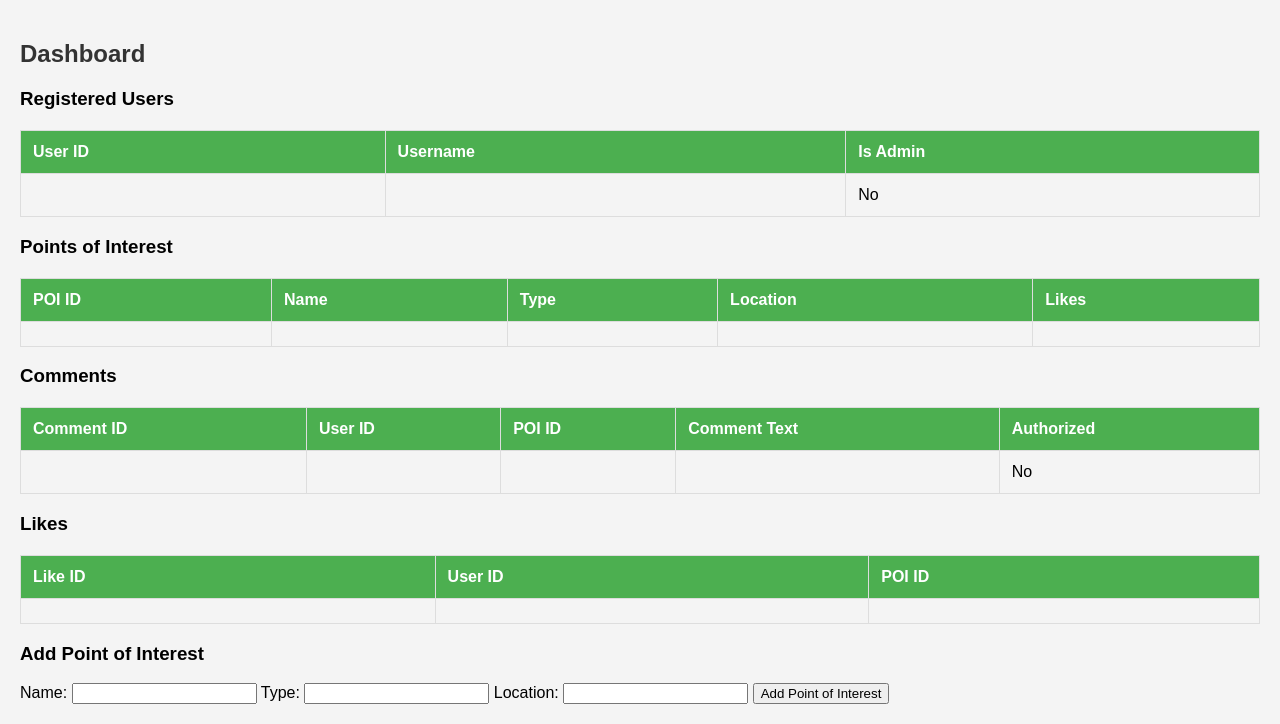
Repository: zrlgithub/poi
Page: http://localhost/test/Dashboard.jsp
An editor plug-in stored every save of this project. The page is shown before and after the next save, followed by the edit.
The browser window is 1280 px wide. The pictures show the whole page.
The page is served by Tomcat 9. The template is opened directly, without the code that normally fills it, so the values that code supplies are empty.

Above is the page before, as saved 2024-02-13 22:43:22.

After the next save:
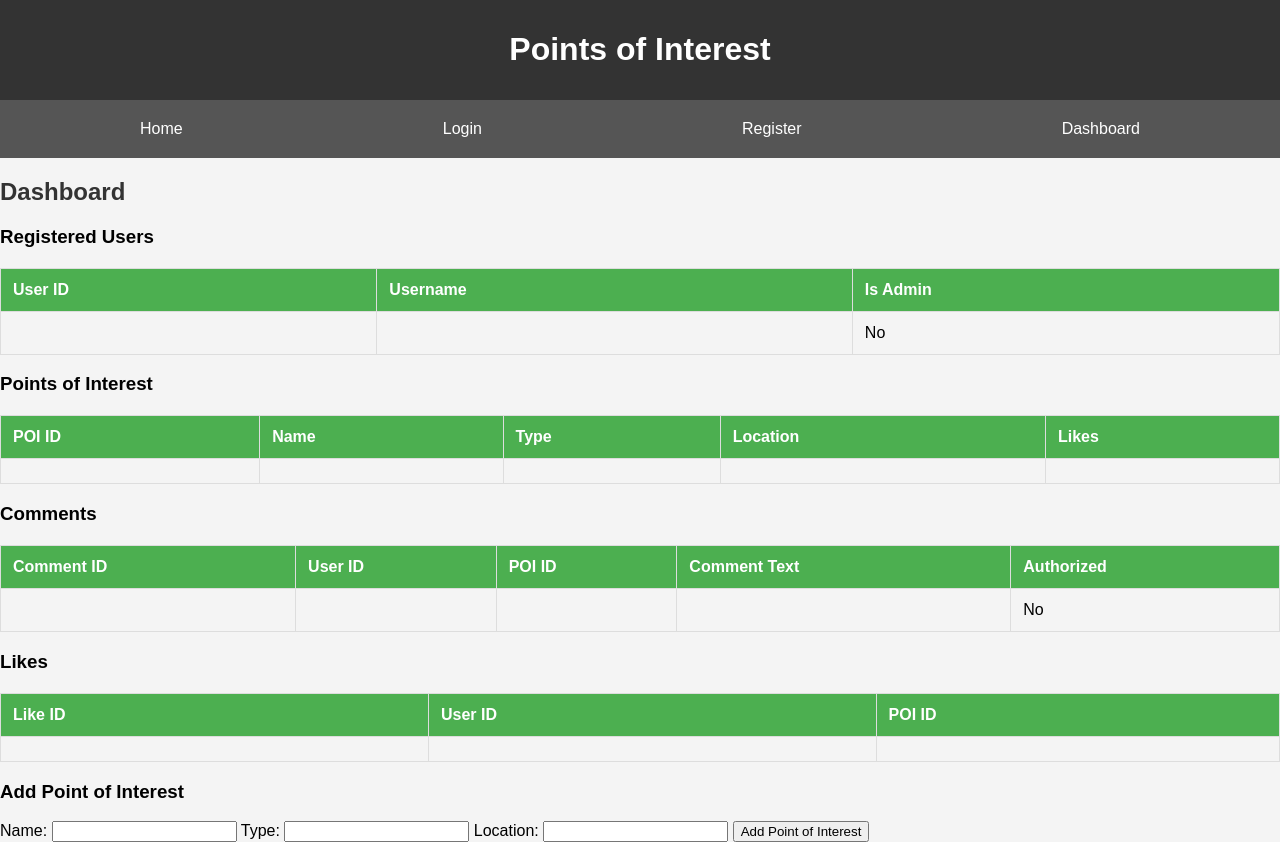
Saved 20 s later.
--- a/test/src/main/webapp/Dashboard.jsp
+++ b/test/src/main/webapp/Dashboard.jsp
@@ -39,6 +39,8 @@
     </style>
 </head>
 <body>
+    <jsp:include page="header.jsp" />
+
     <h2>Dashboard</h2>
 
     <!-- Display Registered Users -->
